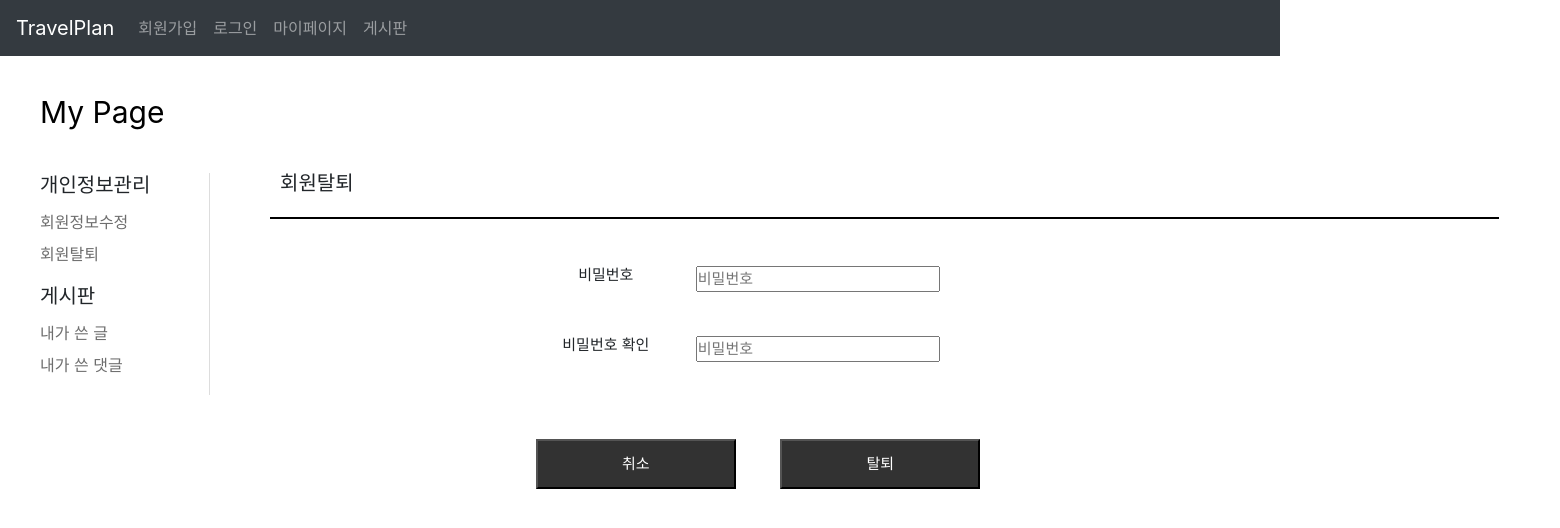
Repository: sna145815/Travel_v1
Page: http://localhost/Travel_v1/WEB-INF/view/deleteuser.jsp
The author's editor kept a copy of each file at every save. The page is drawn from the files as they stood at one save, then again after the next save.
The browser window is 1280 px wide. The page is 1560 px wide, so the pictures cover 1560 px, including what lies to the right of the window. The pictures show the whole page.
The page is served by Tomcat 9. Nobody is signed in. The template is opened directly, without the code that normally fills it, so the values that code supplies are empty.

Above is the page before, as saved 2022-11-06 14:32:34.

After the next save:
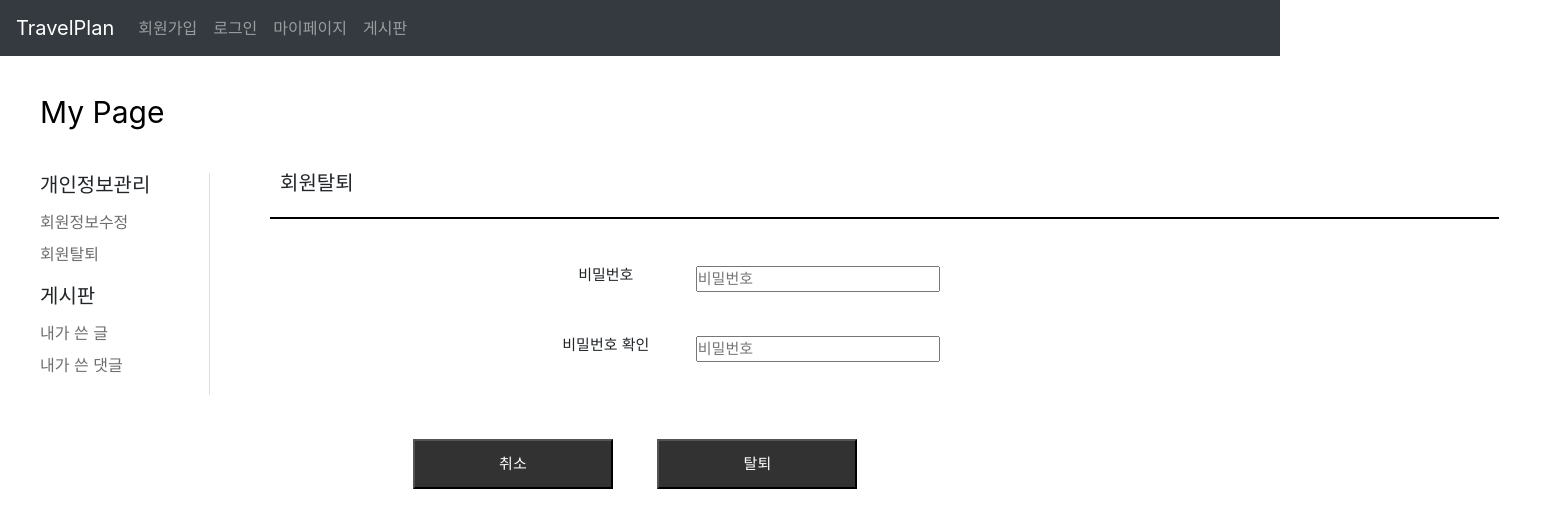
Saved 8 s later.
--- a/Travel_v1/src/main/webapp/WEB-INF/view/deleteuser.jsp
+++ b/Travel_v1/src/main/webapp/WEB-INF/view/deleteuser.jsp
@@ -98,7 +98,7 @@
 			word-break: break-all;
 		}
 		.button {
-			margin-left: 20%;
+			margin-left: 10%;
 		}
 		.btn_cancel, .btn_delete {
 			width: 200px;
